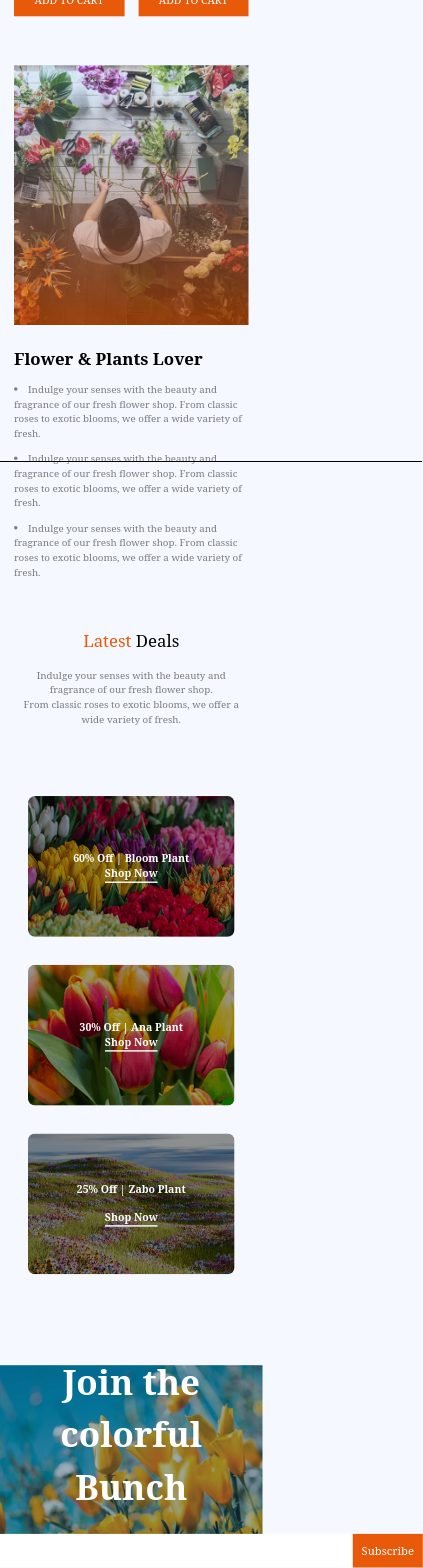
Repository: nahid-hasann/website-7
Page: index.html
The author's editor kept a copy of each file at every save. The page is drawn from the files as they stood at one save, then again after the next save.
The browser window is 375 px wide. The page is 604 px wide, so the pictures cover 604 px, including what lies to the right of the window. The pictures show the part of the page from y = 2245 to 4485 px (the page is 4485 px tall before and 4472 px after), at 70% of full size.
Some web libraries are served in a nearby version.

Above is the page before, as saved 2025-07-24 21:29:05.

After the next save:
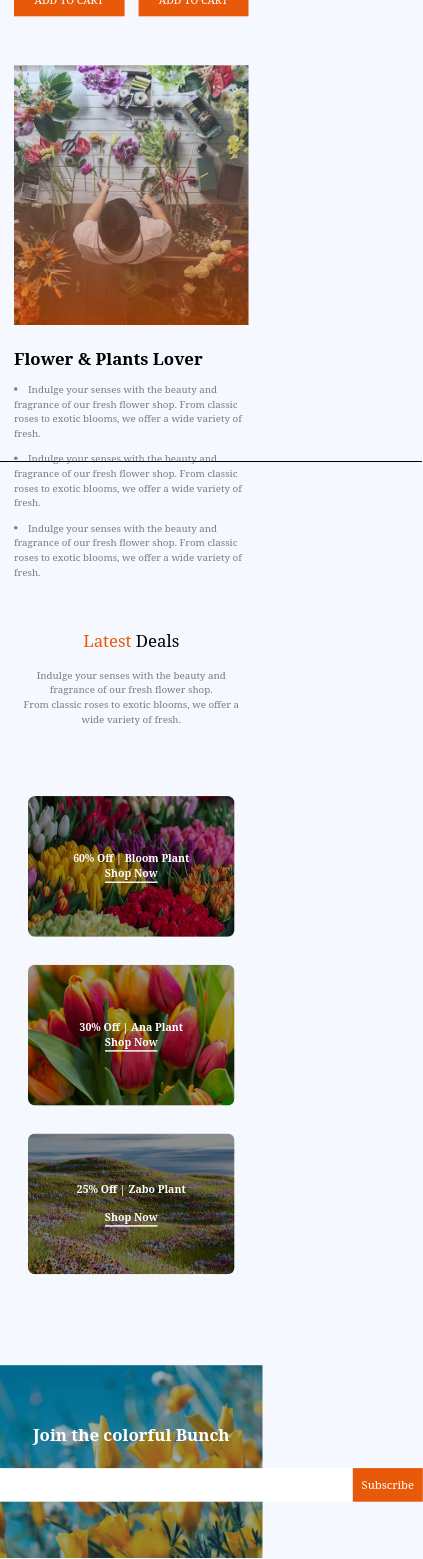
Saved 6 s later.
--- a/style.css
+++ b/style.css
@@ -499,7 +499,7 @@ nav{
 }
 
 .subscribe-section h1{
-    font-size: ;
-}
-
-}
+    font-size: 24px;
+}
+
+}
